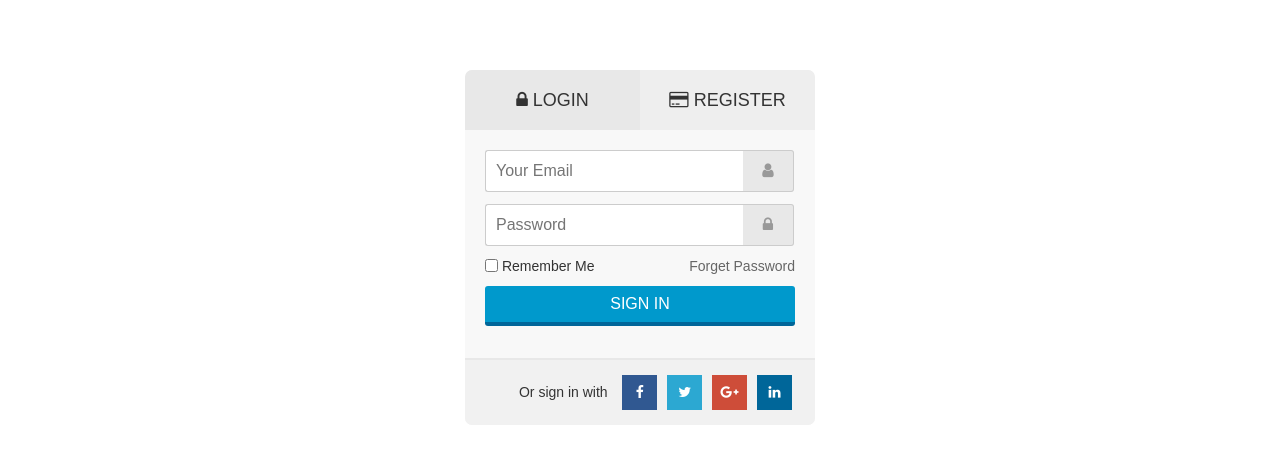
Repository: vishal22091997/MyWebApp
Page: http://localhost/MyWebApp/LoginForm.jsp
An editor plug-in stored every save of this project. The page is shown before and after the next save, followed by the edit.
The browser window is 1280 px wide. The pictures show the whole page.
Some web fonts or font styles are not loaded; a fallback is used. Some web libraries are served in a nearby version. The page is served by Tomcat 9.

Above is the page before, as saved 2017-06-11 17:09:35.

After the next save:
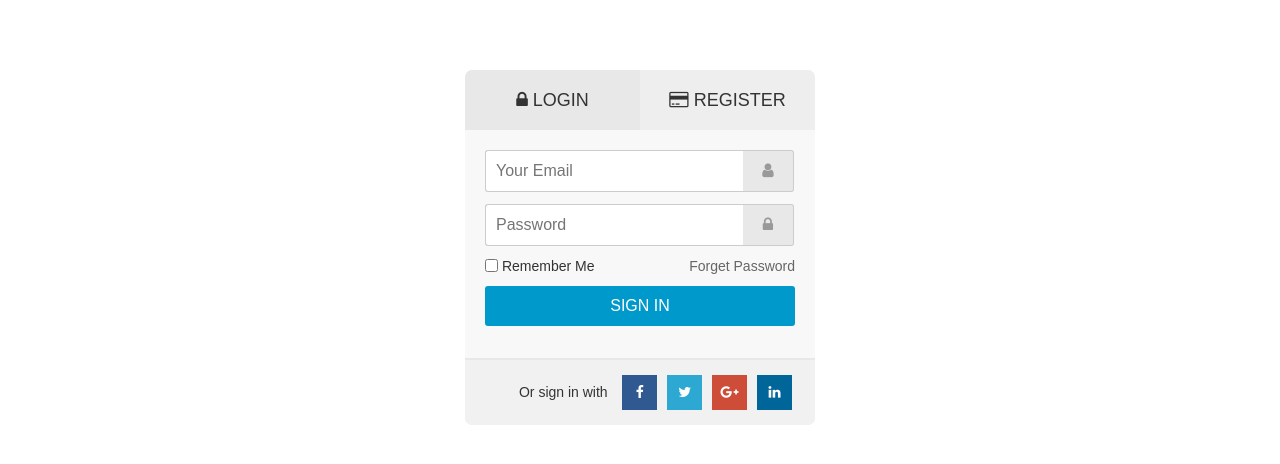
Saved 95 s later.
--- a/MyWebApp/src/main/webapp/LoginForm.jsp
+++ b/MyWebApp/src/main/webapp/LoginForm.jsp
@@ -30,7 +30,7 @@ li,ul,body,input{margin:0; padding:0; list-style:none}
 .input:focus:valid{border-color:green}
 .input:focus:valid+.icon{border-color:green}
 #check,#check1{top:1px; position:relative}
-.btn23{border:none; outline:none; background:#0099CC; border-bottom:solid 4px #006699; font-family: 'Ropa Sans', sans-serif; margin:0 auto; display:block; height:40px; width:100%; padding:0 10px; border-radius:3px; font-size:16px; color:#FFF}
+.btn23{border:none; outline:none; background:#0099CC;   font-family: 'Ropa Sans', sans-serif; margin:0 auto; display:block; height:40px; width:100%; padding:0 10px; border-radius:3px; font-size:16px; color:#FFF}
 
 .social-login{padding:15px 20px; background:#f1f1f1; border-top:solid 2px #e8e8e8; text-align:right}
 .social-login a{display:inline-block; height:35px; text-align:center; line-height:35px; width:35px; margin:0 3px; text-decoration:none; color:#FFFFFF}
